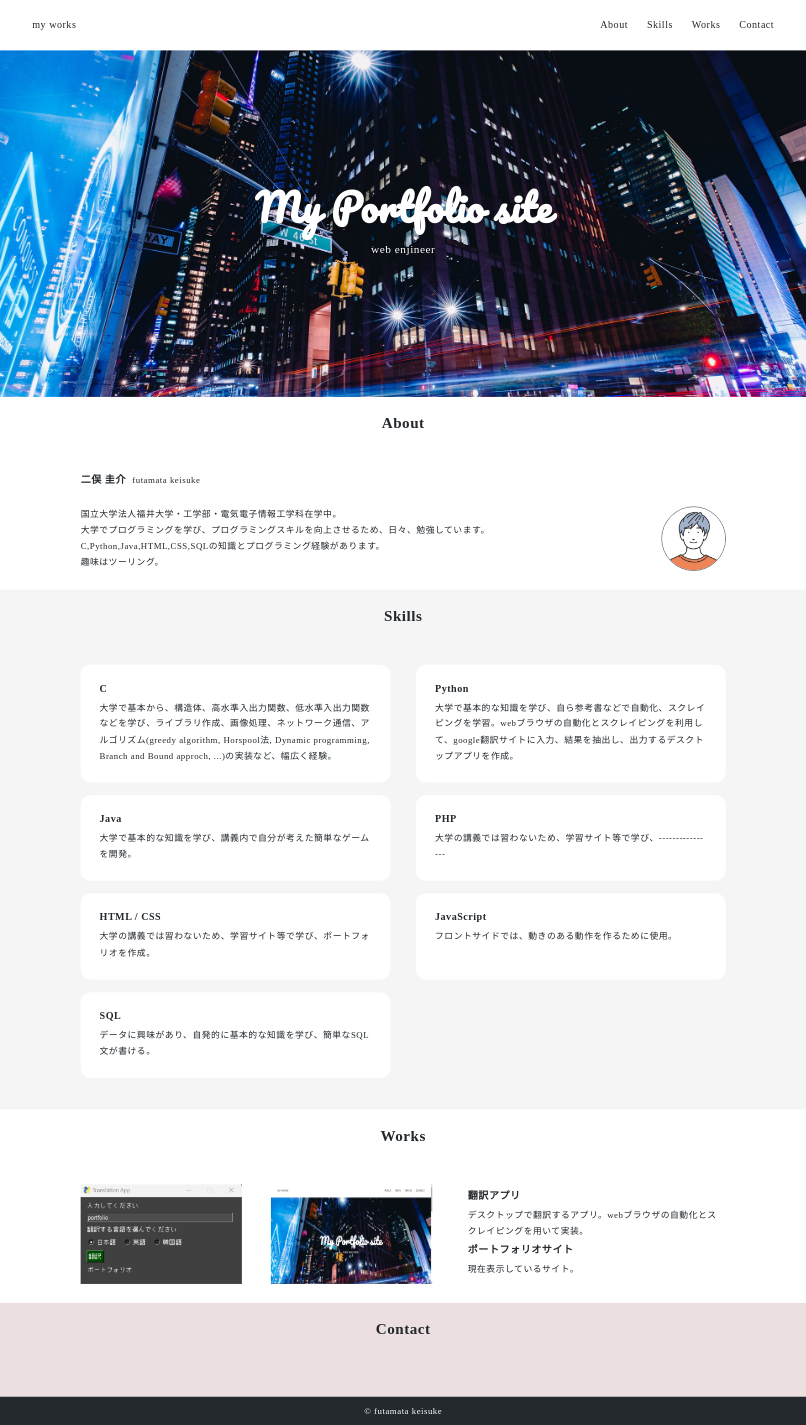
Repository: F-ksk/portfolio
Page: index.html
The author's editor kept a copy of each file at every save. The page is drawn from the files as they stood at one save, then again after the next save.
The browser window is 1280 px wide. The pictures show the whole page, at 63% of full size.

Above is the page before, as saved 2023-06-29 21:17:57.

### index.html
<!DOCTYPE html>
<html>
    <head>
        <meta charset="UTF-8" />
        <meta http-equiv="X-UA-Compatible" content="IE=edge" />
        <meta name="viewport" content="width=device-width, initial-scale=1.0" />
        <meta name="robots" content="noindex" />
        <title>FK Portfolio</title>
        <link rel="stylesheet" href="css/reset.css" />
        <link rel="stylesheet" href="css/style.css" />
    </head>
    <body>

        <header>
            <a href="index.html">my works</a>
            <nav>
                <ul>
                    <li>About</li>
                    <li>Skills</li>
                    <li>Works</li>
                    <li>Contact</li>
                </ul>
            </nav>
        </header>

        <div class="main-visual">
            <div>
                <h1>My Portfolio site</h1>
                <p>web enjineer</p>
            </div>
        </div>

        <section id="about">
            <h2>About</h2>
            <div id="about-name">
                <h3>二俣 圭介</h3>
                <p>futamata keisuke</p>
            </div>
            <div id="about-detail">
                <p>
                    国立大学法人福井大学・工学部・電気電子情報工学科在学中。<br>
                    大学でプログラミングを学び、プログラミングスキルを向上させるため、日々、勉強しています。
                    C,Python,Java,HTML,CSS,SQLの知識とプログラミング経験があります。<br>
                    趣味はツーリング。
                </p>
                <img src="./img/man.jpg">
            </div>
        </section>
        <section id="skills">
            <h2>Skills</h2>
            <div class="skill-list">
                <div class="skill-item">
                    <h3>C</h3>
                    <p>大学で基本から、構造体、高水準入出力関数、低水準入出力関数などを学び、ライブラリ作成、画像処理、ネットワーク通信、アルゴリズム(greedy algorithm, Horspool法, Dynamic programming, Branch and Bound approch, ...)の実装など、幅広く経験。</p>
                </div>
                <div class="skill-item">
                    <h3>Python</h3>
                    <p>大学で基本的な知識を学び、自ら参考書などで自動化、スクレイピングを学習。webブラウザの自動化とスクレイピングを利用して、google翻訳サイトに入力、結果を抽出し、出力するデスクトップアプリを作成。</p>
                </div>
                <div class="skill-item">
                    <h3>Java</h3>
                    <p>大学で基本的な知識を学び、講義内で自分が考えた簡単なゲームを開発。</p>
                </div>
                <div class="skill-item">
                    <h3>PHP</h3>
                    <p>大学の講義では習わないため、学習サイト等で学び、----------------</p>
                </div>
                <div class="skill-item">
                    <h3>HTML / CSS</h3>
                    <p>大学の講義では習わないため、学習サイト等で学び、ポートフォリオを作成。</p>
                </div>
                <div class="skill-item">
                    <h3>JavaScript</h3>
                    <p>フロントサイドでは、動きのある動作を作るために使用。</p>
                </div>
                <div class="skill-item">
                    <h3>SQL</h3>
                    <p>データに興味があり、自発的に基本的な知識を学び、簡単なSQL文が書ける。</p>
                </div>
            </div>
        </section>
        <section id="works">
            <h2>Works</h2>
            <div class="work-item">
                <img src="./img/portfolio.jpg">
                <img src="./img/portfolio(2).png">
                <div class="work-description">
                    <h3>翻訳アプリ</h3>
                    <p>デスクトップで翻訳するアプリ。webブラウザの自動化とスクレイピングを用いて実装。</p>
                    <h3>ポートフォリオサイト</h3>
                    <p>現在表示しているサイト。</p>
                </div>
            </div>
        </section>
        <section id="contact">
            <h2>Contact</h2>
        </section>
        <footer>
            <p>&copy; futamata keisuke</p>
        </footer>
    </body>
</html>

### css/style.css
@charset "UTF-8";
@import url('https://fonts.googleapis.com/css2?family=Roboto:wght@100;300;400;500;700;900&display=swap');
@import url('https://fonts.googleapis.com/css2?family=Noto+Sans+JP:wght@300;400;500;700;900&display=swap');
@import url('https://fonts.googleapis.com/css2?family=Pacifico&display=swap');

html {
  font-size: 100%;
}

body {
    color: #24292e;
    letter-spacing: 0.05em;
}

a,a:visited {
    color: #24292e;
    text-decoration: none;
}

img {
    max-width: 100%;
}

li {
    list-style: none;
}

p {
    line-height: 1.8;
    font-size: 14px;
}

h1 {
    font-size: 60px;
    font-family: 'Pacifico';
}

h2 {
    font-size: 1.5rem;
    text-align: center;
    margin-bottom: 65px;
}

h3 {
    font-size: 16px;
}

header {
    max-width: 100%;
    background-color: #fff;
    display: flex;
    justify-content: space-between;
    height: 80px;
    padding: 0 4%;
    align-items: center;
    position: sticky;
    top: 0;
}

header ul {
    display: flex;
}

header li {
    margin-left: 30px;
}

.main-visual {
    width: 100%;
    height: 550px;
    background-image: url(../img/town.jpg);
    background-size: cover;
    color: #FFF;
    text-align: center;
    display: flex;
    justify-content: center;
    align-items: center;
}

.main-visual p {
    margin-top: 20px;
    font-size: 18px;
}

#about-name{
    display: flex;
    justify-content: flex-start;
    align-items: center;
}

#about h3 {
    margin-right: 10px;
}

#about p {
    width: 80%;
}

#about-detail {
    margin-top: 30px;
    display: flex;
    justify-content: space-between;
}

#about img {
    width: 100px;
    height: 100px;
    border-radius: 50%;
    object-fit: cover;
    border-style: solid;
    border-width: 1px;
}

section {
    padding: 30px 10%;
}

#skills {
    background-color: #f5f5f5;
}

#skills h3 {
    margin-bottom: 10px;
}

.skill-list {
    display: flex;
    justify-content: space-between;
    flex-wrap: wrap;
}

.skill-item {
    width: 48%;
    background-color: #fff;
    border-radius: 16px;
    margin-bottom: 20px;
    padding: 30px;
    box-sizing: border-box;
}

.work-item {
    display: flex;
    justify-content: space-between;
}

#works img {
    width: 25%;
}

.work-description {
    margin-left: 10px;
    width: 40%;
}

.work-description p {
    margin-top: 10px;
}

.work-description h3 {
    margin-top: 10px;
}

#contact {
    background-color: #EBDFE0;
}

footer {
    background-color: #24292e;
    color: #fff;
    font-size:  0.5rem;
    padding: 10px 20px;
    text-align: center;
}

Loaded but not shown: css/reset.css (common file)

After the next save:
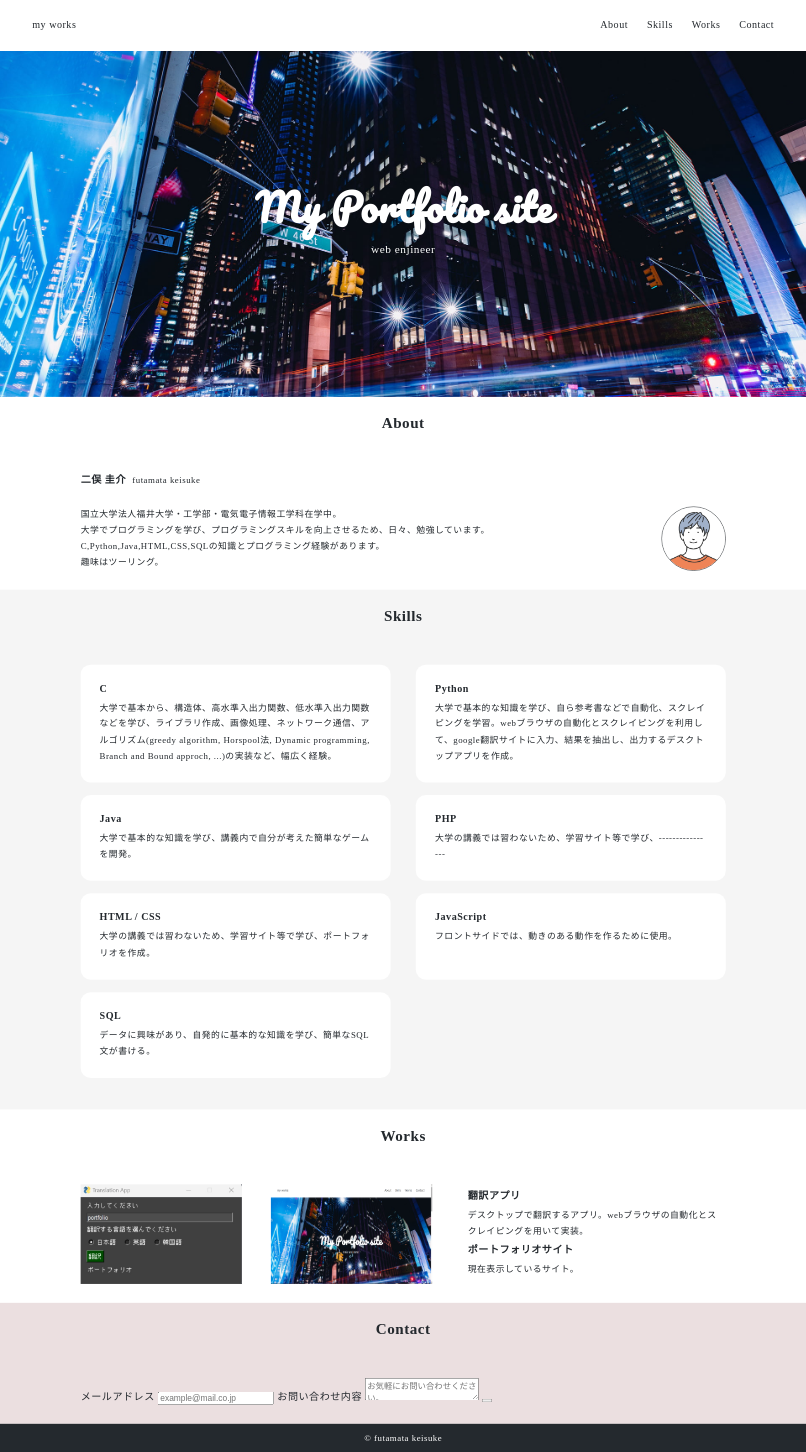
Saved 102 min 8 s later.
--- a/index.html
+++ b/index.html
@@ -94,6 +94,15 @@
         </section>
         <section id="contact">
             <h2>Contact</h2>
+            <div class="contact-form">
+                <form>
+                    <label for="email">メールアドレス</label>
+                    <input id="email" type="text" name="name" placeholder="example@mail.co.jp">
+                    <label for="msg">お問い合わせ内容</label>
+                    <textarea id="msg" name="name" placeholder="お気軽にお問い合わせください。"></textarea>
+                    <button type="submit" name="button" value="送信"></button>
+                </form>
+            </div>
         </section>
         <footer>
             <p>&copy; futamata keisuke</p>
